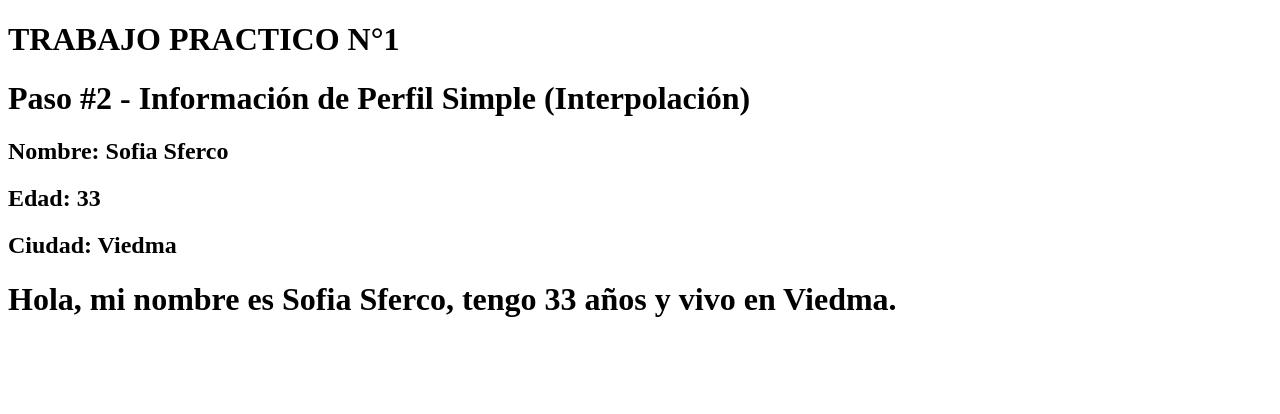
Repository: SofiaSferco/PWA-2026
Page: practico01/index.html
An editor plug-in stored every save of this project. The page is shown before and after the next save, followed by the edit.
The browser window is 1280 px wide. The pictures show the whole page.

Above is the page before, as saved 2026-09-10 00:21:11.

### practico01/index.html
<!DOCTYPE html>
<html lang="en">
<head>
    <meta charset="UTF-8">
    <title>Practico 01</title>
    <script src="https://cdn.jsdelivr.net/npm/vue/dist/vue.js"></script>
</head>
<body>
    <div id="app">
        <p>
            <h1>TRABAJO PRACTICO N°1</h1>
        </p>
        <h1>Paso #2 - Información de Perfil Simple (Interpolación)</h1>
        <h2>Nombre: {{nombre}}</h2>
        <h2>Edad: {{edad}}</h2>
        <h2>Ciudad: {{ciudad}}</h2>
        <h1>Hola, mi nombre es {{nombre}}, tengo {{edad}} años y vivo en {{ciudad}}.</h1>
    </div>
    <script>
       var app= new Vue({
           el: '#app',
           data: {
               nombre: 'Sofia Sferco',
               edad: 33,
               ciudad: 'Viedma',
           }
       })
    </script>
</body>
</html>

After the next save:
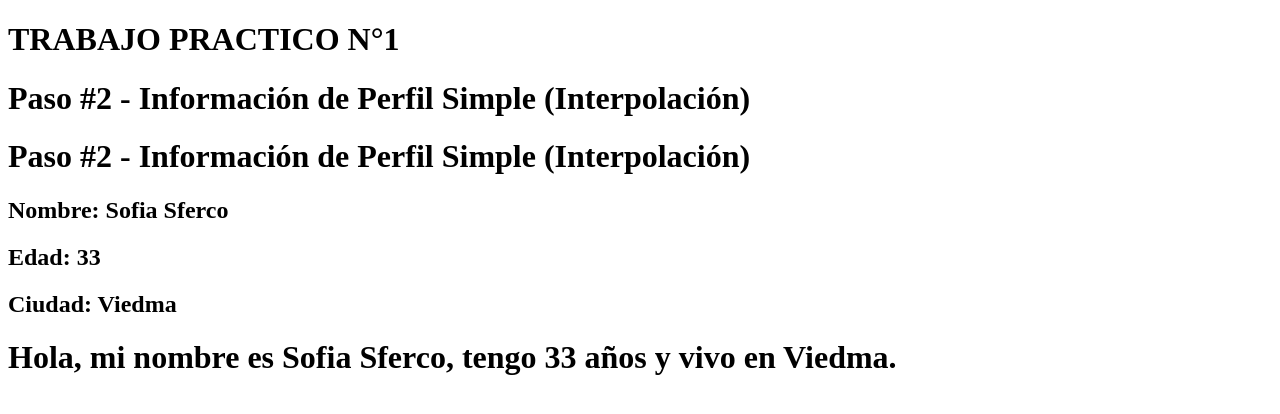
Saved 9 s later.
--- a/practico01/index.html
+++ b/practico01/index.html
@@ -10,6 +10,7 @@
         <p>
             <h1>TRABAJO PRACTICO N°1</h1>
         </p>
+        <h1>Paso #2 - Información de Perfil Simple (Interpolación)</h1>
         <h1>Paso #2 - Información de Perfil Simple (Interpolación)</h1>
         <h2>Nombre: {{nombre}}</h2>
         <h2>Edad: {{edad}}</h2>
